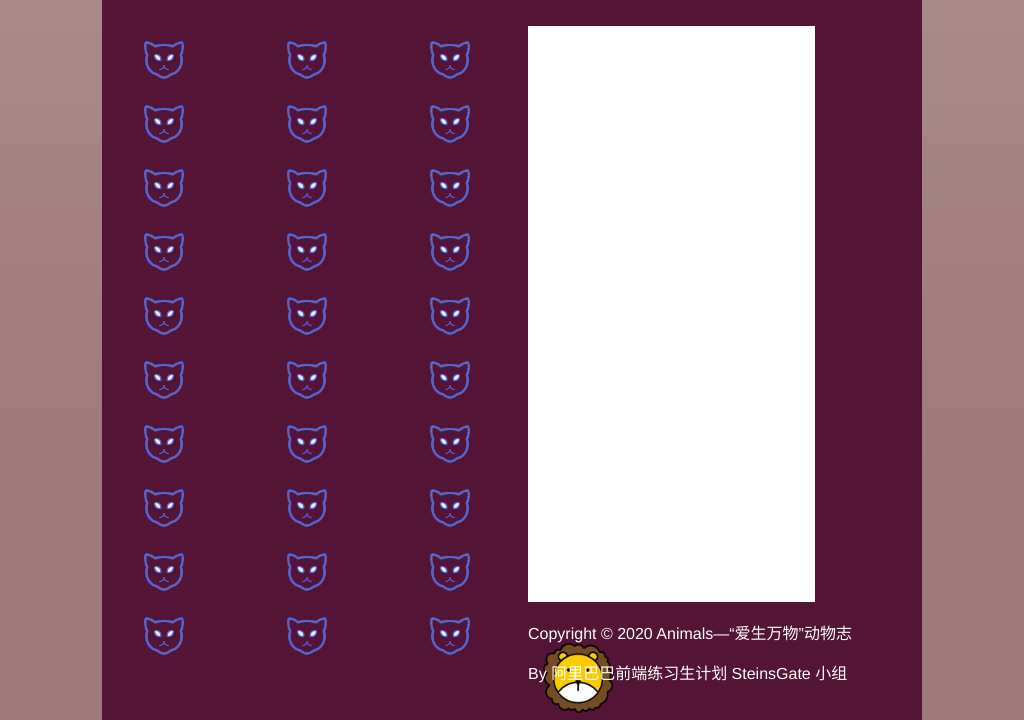
Repository: Whiskeyi/Animals
Page: /
The author's editor kept a copy of each file at every save. The page is drawn from the files as they stood at one save, then again after the next save.
The browser window is 1024 px wide. The pictures show the whole page.
The project was rebuilt for these pictures with package versions that can differ from the ones it lists, and the page was loaded fresh each time.

Above is the page before, as saved 2021-11-15 22:44:35.

### public/index.html
<!DOCTYPE html>
<html lang="en">
  <head>
    <meta charset="utf-8">
    <meta http-equiv="X-UA-Compatible" content="IE=edge">
    <meta name="viewport" content="width=device-width,initial-scale=1.0">
    <link rel="icon" href="<%= BASE_URL %>favicon.ico">
    <title>Animals</title>
  </head>
  <body>
    <noscript>
      <strong>We're sorry but animals doesn't work properly without JavaScript enabled. Please enable it to continue.</strong>
    </noscript>
    <div id="app"></div>
    <!-- built files will be auto injected -->
  </body>
</html>

### src/main.js
import Vue from 'vue'
import App from './App.vue'
import router from './router'
import store from './store'
import './plugins/element.js' // 引入element-ui

Vue.config.productionTip = false

new Vue({
  router,
  store,
  render: h => h(App)
}).$mount('#app')

### src/App.vue
<template>
  <div id="app">
    <!-- 入口 -->
    <router-view/>
  </div>
</template>

<style lang="scss">
#app {
  font-family: 'Avenir', Helvetica, Arial, sans-serif;
  -webkit-font-smoothing: antialiased;
  -moz-osx-font-smoothing: grayscale;
}

html, body {  // 去除白边
    width: 100%;
    height: 100%;
    margin: 0;
    padding: 0;
    position: relative;
}
</style>

### src/router.js
// 路由
import Vue from 'vue'
import Router from 'vue-router'
import Home from './views/Home.vue'

Vue.use(Router)

export default new Router({
  mode: 'history',
  base: process.env.BASE_URL,
  routes: [
    {
      path: '/',
      name: 'home',
      component: Home
    }
  ]
})

### src/plugins/element.js
// 引入element-ui
import Vue from 'vue'

import ElementUI from 'element-ui';
import 'element-ui/lib/theme-chalk/index.css';

Vue.use(ElementUI);

### src/views/Home.vue
<template>
  <div id="home">
    <!-- 背景+光泽效果 -->
    <div class="bg">
      <Gloss></Gloss>
    </div>
    <!-- 页面容器 -->
    <div class="container">
      <!-- 左侧展示模块 -->
      <div id="leftContainer">
        <LeftMain></LeftMain>
      </div>
      <!-- 右侧展示模块 -->
      <div id="rightContainer">
        <!-- 输出信息 -->
          <Info></Info>
          <!-- 右侧标题 -->
          <RightHead></RightHead>
          <!-- 尾部 -->
          <Footer></Footer>
      </div>
    </div>
  </div>
</template>

<script>
// @ is an alias to /src
// 组件引入
import Gloss from '@/components/Gloss'
import Footer from '@/components/Footer'
import Info from '@/components/Info'
import RightHead from '@/components/right-head'
import LeftMain from '@/components/left-main'

export default {
  name: 'home',
  components: {
    Gloss,Footer,Info,RightHead,LeftMain
  }
}
</script>

<style lang="scss" scoped>
.home {
  // 浏览器滚动条隐藏
}
.bg {
  height: 100%;
  width: 100%;
  background-color:rgb(158, 122, 122);
  position: fixed;
  transition: background-color 2s ease-in; // 背景颜色2S过渡
  filter: blur(0.5px); // 背景高斯模糊
  // z-index: -9; //暂时注释,影响调试
}
#leftContainer {
  position: absolute;
  left: 10%;
  width: 40%;
  height: 100%;
  margin: 0 auto;
  background-color: #531435;
}
#rightContainer {
  position: fixed;
  right: 10%;
  width: 40%;
  height: 100%;
  margin: 0 auto;
  background-color: #531435;
}
</style>

### src/components/Gloss/index.vue
<template>
<!-- 实现光泽效果,丰富背景颜色 -->
<div id="gloss"></div>
</template>

<script>
export default {

}
</script>

<style lang="scss" scoped>
#gloss {
    position: fixed;
    width: 100%;
    height: 478px;
    background: url('../../assets/gloss.png') repeat-x;
    // z-index: -8;  //暂时注释,影响调试
}
</style>

### src/components/Footer/index.vue
<template>
  <div class="footerContainer">
      <p>Copyright © 2020 Animals—“爱生万物”动物志</p>
      <p>By 阿里巴巴前端练习生计划 SteinsGate 小组</p>
  </div>
</template>

<script>
export default {

}
</script>

<style lang="scss" scoped>
.footerContainer {
    position: fixed;
    bottom: 0;
    font-size: 1rem;
    color:#fff;
    margin:0 0 20px 16px;
}
</style>

### src/components/Info/index.vue
<template>
  <div class="infoContainer">
  </div>
</template>

<script>
export default {

}
</script>

<style lang="scss" scoped>
.infoContainer {
    float: left;
    z-index: 10000;
    width: 70%;
    height: 80%;
    margin: 26px 0 0 16px;
    background-color: #fff;
}
.infoContainer logo {
    position: absolute;
}
</style>

### src/components/right-head/index.vue
<template>
  <div class="rightHeadContainer">
      <el-image class="logo" alt="logo" :src="require('@/icons/index.png')"></el-image>
      <h1 class="vertical">Animals——爱生万物</h1>
  </div>
</template>

<script>
export default {

}
</script>

<style lang="scss" scoped>
.rightHeadContainer {
    float: left;
    height: 400px;
    width: 100px;
    margin: 26px 0 0 16px;
}
.vertical {
    writing-mode: vertical-lr;
    padding-left: 5px;
    color: #fff;
}
</style>

### src/components/left-main/index.vue
<template>
  <div class="leftContainer">
    <el-row :gutter="20" type="flex" justify="center">
      <el-col :span="8">
        <el-image class="logo" alt="logo" :src="require('@/icons//animals/cat.png')"></el-image>
      </el-col>
      <el-col :span="8">
        <el-image class="logo" alt="logo" :src="require('@/icons//animals/cat.png')"></el-image>
      </el-col>
      <el-col :span="8">
        <el-image class="logo" alt="logo" :src="require('@/icons//animals/cat.png')"></el-image>
      </el-col>
    </el-row>
    <el-row :gutter="20" type="flex" justify="center">
      <el-col :span="8">
        <el-image class="logo" alt="logo" :src="require('@/icons//animals/cat.png')"></el-image>
      </el-col>
      <el-col :span="8">
        <el-image class="logo" alt="logo" :src="require('@/icons//animals/cat.png')"></el-image>
      </el-col>
      <el-col :span="8">
        <el-image class="logo" alt="logo" :src="require('@/icons//animals/cat.png')"></el-image>
      </el-col>
    </el-row>
    <el-row :gutter="20" type="flex" justify="center">
      <el-col :span="8">
        <el-image class="logo" alt="logo" :src="require('@/icons//animals/cat.png')"></el-image>
      </el-col>
      <el-col :span="8">
        <el-image class="logo" alt="logo" :src="require('@/icons//animals/cat.png')"></el-image>
      </el-col>
      <el-col :span="8">
        <el-image class="logo" alt="logo" :src="require('@/icons//animals/cat.png')"></el-image>
      </el-col>
    </el-row>
    <el-row :gutter="20" type="flex" justify="center">
      <el-col :span="8">
        <el-image class="logo" alt="logo" :src="require('@/icons//animals/cat.png')"></el-image>
      </el-col>
      <el-col :span="8">
        <el-image class="logo" alt="logo" :src="require('@/icons//animals/cat.png')"></el-image>
      </el-col>
      <el-col :span="8">
        <el-image class="logo" alt="logo" :src="require('@/icons//animals/cat.png')"></el-image>
      </el-col>
    </el-row>
    <el-row :gutter="20" type="flex" justify="center">
      <el-col :span="8">
        <el-image class="logo" alt="logo" :src="require('@/icons//animals/cat.png')"></el-image>
      </el-col>
      <el-col :span="8">
        <el-image class="logo" alt="logo" :src="require('@/icons//animals/cat.png')"></el-image>
      </el-col>
      <el-col :span="8">
        <el-image class="logo" alt="logo" :src="require('@/icons//animals/cat.png')"></el-image>
      </el-col>
    </el-row>
    <el-row :gutter="20" type="flex" justify="center">
      <el-col :span="8">
        <el-image class="logo" alt="logo" :src="require('@/icons//animals/cat.png')"></el-image>
      </el-col>
      <el-col :span="8">
        <el-image class="logo" alt="logo" :src="require('@/icons//animals/cat.png')"></el-image>
      </el-col>
      <el-col :span="8">
        <el-image class="logo" alt="logo" :src="require('@/icons//animals/cat.png')"></el-image>
      </el-col>
    </el-row>
    <el-row :gutter="20" type="flex" justify="center">
      <el-col :span="8">
        <el-image class="logo" alt="logo" :src="require('@/icons//animals/cat.png')"></el-image>
      </el-col>
      <el-col :span="8">
        <el-image class="logo" alt="logo" :src="require('@/icons//animals/cat.png')"></el-image>
      </el-col>
      <el-col :span="8">
        <el-image class="logo" alt="logo" :src="require('@/icons//animals/cat.png')"></el-image>
      </el-col>
    </el-row>
    <el-row :gutter="20" type="flex" justify="center">
      <el-col :span="8">
        <el-image class="logo" alt="logo" :src="require('@/icons//animals/cat.png')"></el-image>
      </el-col>
      <el-col :span="8">
        <el-image class="logo" alt="logo" :src="require('@/icons//animals/cat.png')"></el-image>
      </el-col>
      <el-col :span="8">
        <el-image class="logo" alt="logo" :src="require('@/icons//animals/cat.png')"></el-image>
      </el-col>
    </el-row>
    <el-row :gutter="20" type="flex" justify="center">
      <el-col :span="8">
        <el-image class="logo" alt="logo" :src="require('@/icons//animals/cat.png')"></el-image>
      </el-col>
      <el-col :span="8">
        <el-image class="logo" alt="logo" :src="require('@/icons//animals/cat.png')"></el-image>
      </el-col>
      <el-col :span="8">
        <el-image class="logo" alt="logo" :src="require('@/icons//animals/cat.png')"></el-image>
      </el-col>
    </el-row>
    <el-row :gutter="20" type="flex" justify="center">
      <el-col :span="8">
        <el-image class="logo" alt="logo" :src="require('@/icons//animals/cat.png')"></el-image>
      </el-col>
      <el-col :span="8">
        <el-image class="logo" alt="logo" :src="require('@/icons//animals/cat.png')"></el-image>
      </el-col>
      <el-col :span="8">
        <el-image class="logo" alt="logo" :src="require('@/icons//animals/cat.png')"></el-image>
      </el-col>
    </el-row>
  </div>
</template>

<script>
export default {

}
</script>

<style lang="scss" scoped>
.leftContainer {
  padding: 30px 0;
  width: 100%;
  text-align: center;
}
.leftContainer .logo {
  width: 100px;
  height: 100px;
  padding: 20px 0;
}
 @media screen and (max-width: 1024px) { // 屏幕小于768px样式
 .leftContainer .logo {
   height: 40px;
   width: 40px;
   padding: 10px 0;
 }
 }
</style>

Loaded but not shown: src/store.js (common file)

After the next save:
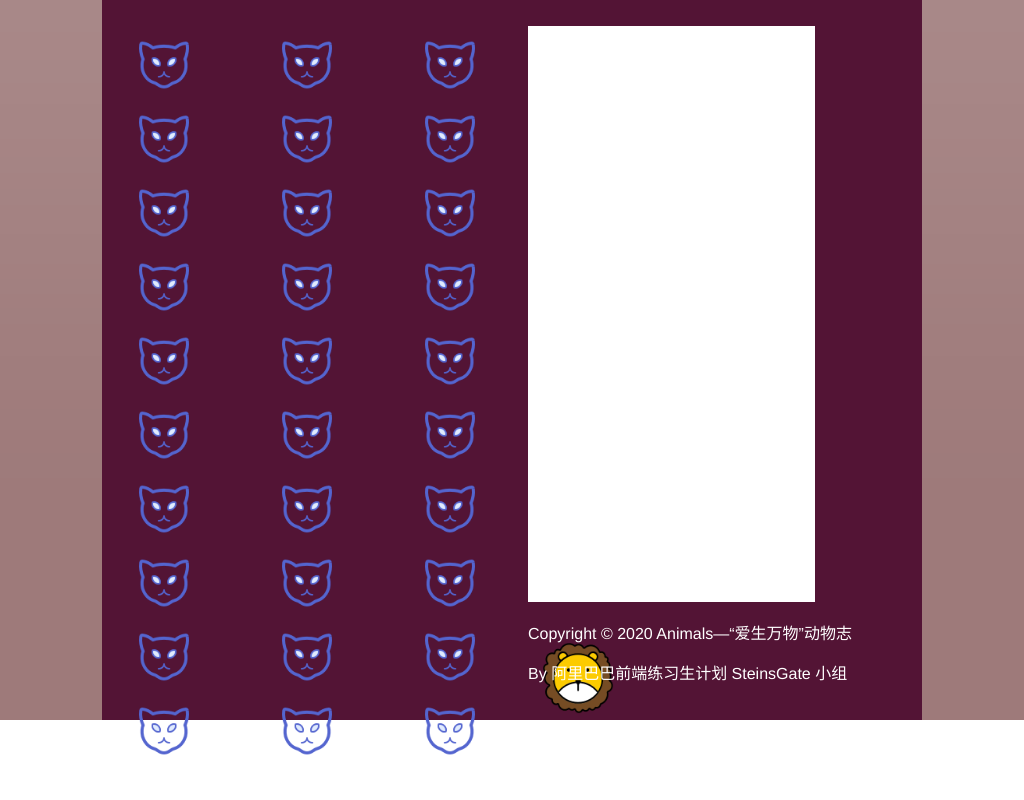
Saved 6 s later.
--- a/src/components/left-main/index.vue
+++ b/src/components/left-main/index.vue
@@ -132,8 +132,8 @@ export default {
 }
  @media screen and (max-width: 1024px) { // 屏幕小于768px样式
  .leftContainer .logo {
-   height: 40px;
-   width: 40px;
+   height: 50px;
+   width: 50px;
    padding: 10px 0;
  }
  }
